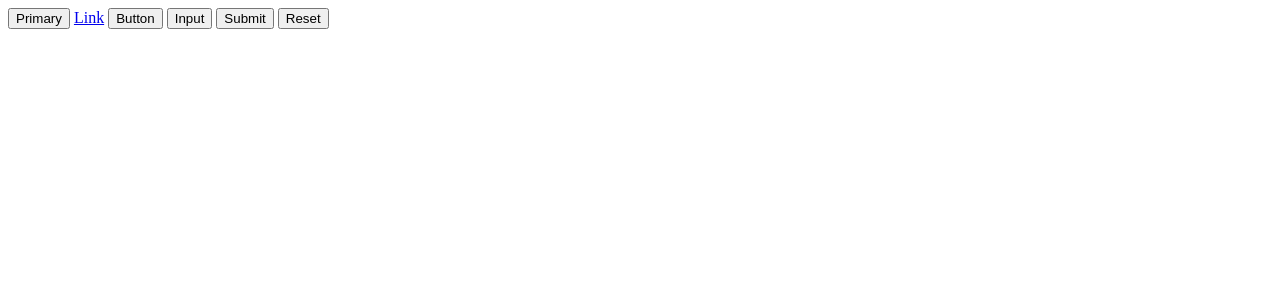
Repository: roseline0912/LikeLion
Page: Day3/bootstrap.html
The author's editor kept a record of every edit. The page is drawn from the files as they stood at one moment, then again after the next edit.
The browser window is 1280 px wide. The pictures show the whole page.

Above is the page before.

### Day3/bootstrap.html
<!DOCTYPE html>
<html lang="en">
<head>
    <meta charset="UTF-8">
    <meta name="viewport" content="width=device-width, initial-scale=1.0">
    <meta http-equiv="X-UA-Compatible" content="ie=edge">
    <title>Day3-Bootstrap</title>
</head>
<body>
    <button type="button" class="btn btn-primary">Primary</button>
    <a class="btn btn-primary" href="#" role="button">Link</a>
<button class="btn btn-primary" type="submit">Button</button>
<input class="btn btn-primary" type="button" value="Input">
<input class="btn btn-primary" type="submit" value="Submit">
<input class="btn btn-primary" type="reset" value="Reset">
</body>
</html>

After the next edit:
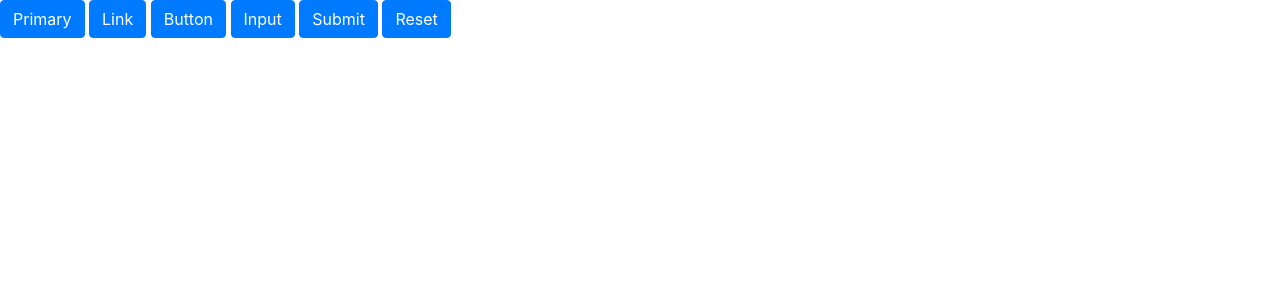
The edit:
--- a/Day3/bootstrap.html
+++ b/Day3/bootstrap.html
@@ -4,6 +4,7 @@
     <meta charset="UTF-8">
     <meta name="viewport" content="width=device-width, initial-scale=1.0">
     <meta http-equiv="X-UA-Compatible" content="ie=edge">
+    <link rel="stylesheet" href="https://stackpath.bootstrapcdn.com/bootstrap/4.5.0/css/bootstrap.min.css" integrity="sha384-9aIt2nRpC12Uk9gS9baDl411NQApFmC26EwAOH8WgZl5MYYxFfc+NcPb1dKGj7Sk" crossorigin="anonymous">
     <title>Day3-Bootstrap</title>
 </head>
 <body>
